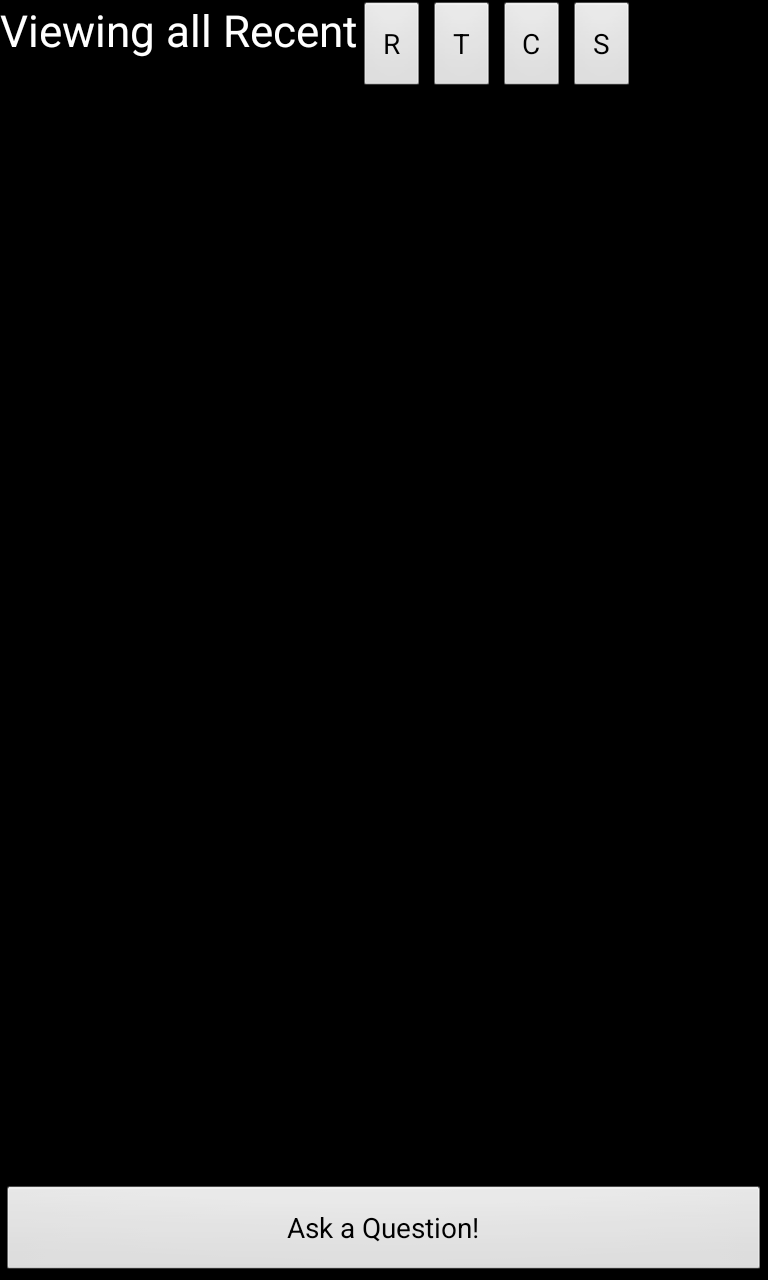
Repository: AustinCundiff/Questions-App
Layout: Q&AApp_Android/res/layout/activity_question_list.xml
The author's editor kept a copy of each file at every save. The layout is drawn from the files as they stood at one save, then again after the next save.
It is drawn on a 768 x 1280 px phone screen (xhdpi) without system bars, with theme android:Theme; the app's code is not run. Lists and similar views that code fills are empty.

Above is the layout before, as saved 2015-01-01 00:01:24.

After the next save:
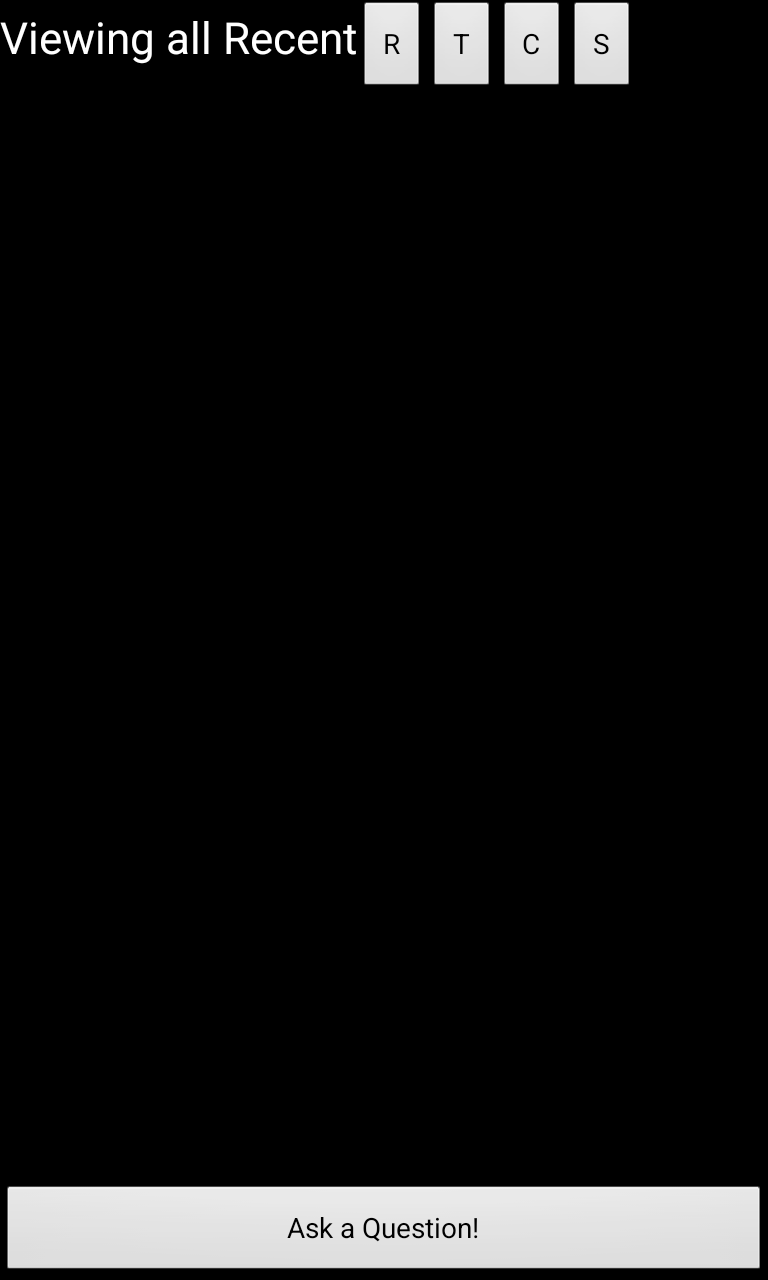
Saved 35 s later.
--- a/Q&AApp_Android/res/layout/activity_question_list.xml
+++ b/Q&AApp_Android/res/layout/activity_question_list.xml
@@ -6,50 +6,51 @@
 
     <LinearLayout
         android:id="@+id/layout_viewingall"
-        android:orientation="horizontal"
-        android:layout_width="wrap_content"
-        android:layout_height="wrap_content" />
-
-    <TextView
-        android:id="@+id/text_viewingall"
         android:layout_width="wrap_content"
         android:layout_height="wrap_content"
-        android:layout_alignParentLeft="true"
-        android:layout_alignParentTop="true"
-        android:text="Viewing all Recent"
-        android:textAppearance="?android:attr/textAppearanceLarge" />
+        android:orientation="horizontal" >
 
-    <Button
-        android:id="@+id/button1"
-        android:layout_width="35dp"
-        android:layout_height="wrap_content"
-        android:layout_alignParentTop="true"
-        android:layout_toRightOf="@+id/text_viewingall"
-        android:text="R" />
+        <TextView
+            android:id="@+id/text_viewingall"
+            android:layout_width="wrap_content"
+            android:layout_height="wrap_content"
+            android:layout_alignParentLeft="true"
+            android:layout_alignParentTop="true"
+            android:text="Viewing all Recent"
+            android:textAppearance="?android:attr/textAppearanceLarge" />
 
-    <Button
-        android:id="@+id/button2"
-        android:layout_width="35dp"
-        android:layout_height="wrap_content"
-        android:layout_alignParentTop="true"
-        android:layout_toRightOf="@+id/button1"
-        android:text="T" />
+        <Button
+            android:id="@+id/button1"
+            android:layout_width="35dp"
+            android:layout_height="wrap_content"
+            android:layout_alignParentTop="true"
+            android:layout_toRightOf="@+id/text_viewingall"
+            android:text="R" />
 
-    <Button
-        android:id="@+id/button3"
-        android:layout_width="35dp"
-        android:layout_height="wrap_content"
-        android:layout_alignParentTop="true"
-        android:layout_toRightOf="@+id/button2"
-        android:text="C" />
+        <Button
+            android:id="@+id/button2"
+            android:layout_width="35dp"
+            android:layout_height="wrap_content"
+            android:layout_alignParentTop="true"
+            android:layout_toRightOf="@+id/button1"
+            android:text="T" />
 
-    <Button
-        android:id="@+id/button4"
-        android:layout_width="35dp"
-        android:layout_height="wrap_content"
-        android:layout_alignParentTop="true"
-        android:layout_toRightOf="@+id/button3"
-        android:text="S" />
+        <Button
+            android:id="@+id/button3"
+            android:layout_width="35dp"
+            android:layout_height="wrap_content"
+            android:layout_alignParentTop="true"
+            android:layout_toRightOf="@+id/button2"
+            android:text="C" />
+
+        <Button
+            android:id="@+id/button4"
+            android:layout_width="35dp"
+            android:layout_height="wrap_content"
+            android:layout_alignParentTop="true"
+            android:layout_toRightOf="@+id/button3"
+            android:text="S" />
+    </LinearLayout>
 
     <ListView
         android:id="@+id/listview"
